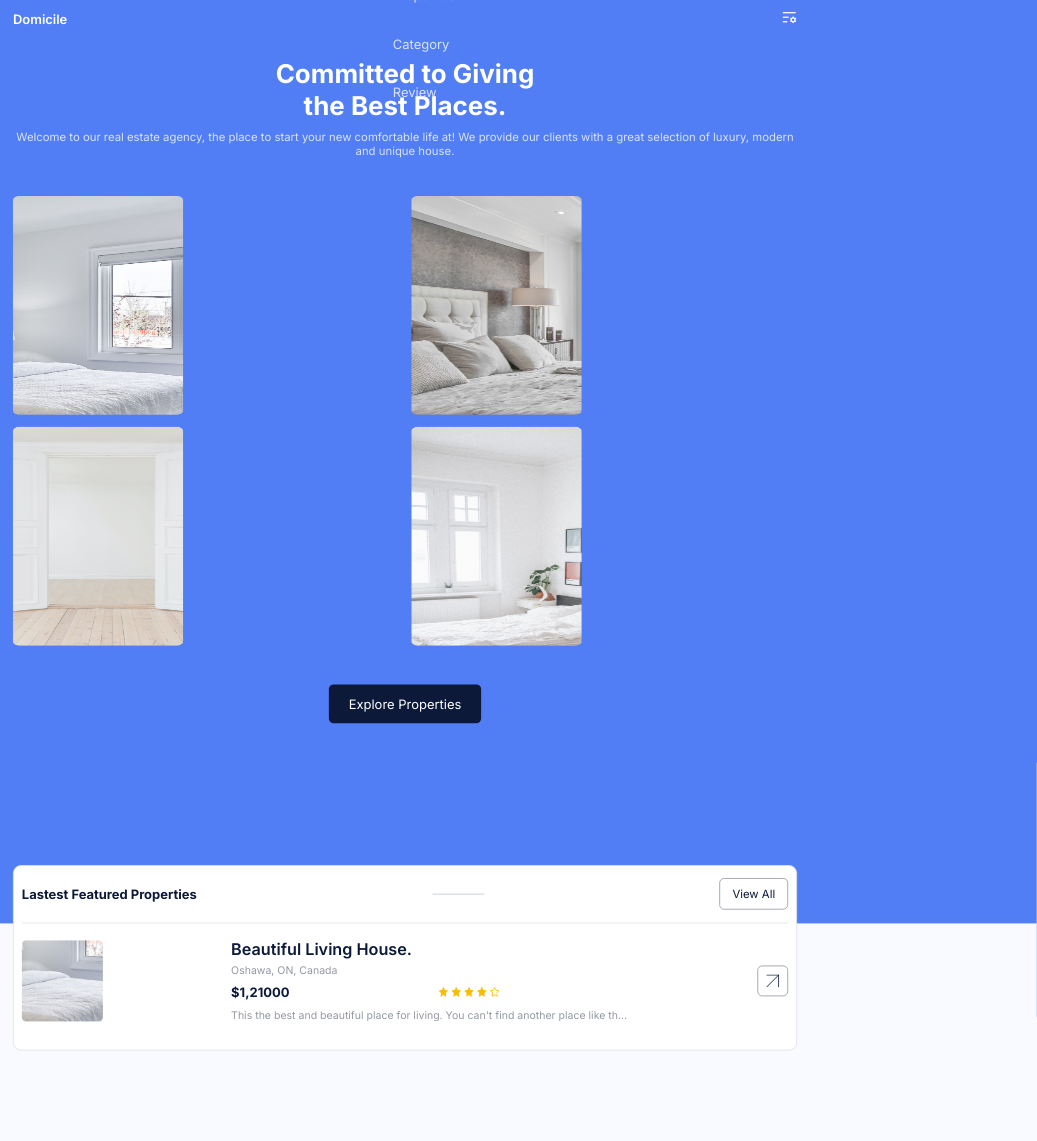
Repository: haokiet2501/domicile-real-estate
Page: index.html
These files come from the project's save history. The page is drawn as it stood at one moment and after the next save; the edit follows.
The browser window is 1280 px wide. The pictures show the whole page, at 81% of full size.
The style sheet was rebuilt from its Sass, Less or Tailwind sources for each picture, by a compiler version that may differ from the author's.

Above is the page before, as saved 2022-06-11 16:40:55.

### index.html
<!DOCTYPE html>
<html lang="en">
<head>
    <meta charset="UTF-8">
    <meta http-equiv="X-UA-Compatible" content="IE=edge">
    <meta name="viewport" content="width=device-width, initial-scale=1.0">
    <link href="https://cdn.jsdelivr.net/npm/remixicon@2.5.0/fonts/remixicon.css" rel="stylesheet">
    <link rel="stylesheet" href="sass/css/styles.css">
    <title>Real Estate Website - Domicile</title>
</head>
<body>
    <header class="header" id="header">
        <nav class="nav container">
            <a href="#" class="nav__logo">Domicile</a>

            <div class="nav__menu" id="nav-menu">
                <ul class="nav__list">
                    <li class="nav__item">
                        <a href="#" class="nav__link active-link">Home</a>
                    </li>
                    <li class="nav__item">
                        <a href="#" class="nav__link">Properties</a>
                    </li>
                    <li class="nav__item">
                        <a href="#" class="nav__link">Category</a>
                    </li>
                    <li class="nav__item">
                        <a href="#" class="nav__link">Review</a>
                    </li>
                </ul>

                <i class="ri-close-line nav__close" id="nav-close"></i>
            </div>

            <div class="nav__toggle" id="nav-toggle">
                <i class="ri-list-settings-line"></i>
            </div>
        </nav>
    </header>

    <main class="main">
        <section class="home section" id="home">
            <div class="home__container container grid">
                <div class="home__data">
                    <h1 class="home__data-subtitle">
                        Committed to Giving<br>the Best Places.
                    </h1>
                    <p class="home__data-title">
                        Welcome to our real estate agency, the place to start your new comfortable life at! We provide our clients with a great selection of luxury, modern and unique house.
                    </p>
                </div>

                <div class="home__images">
                    <img src="imgs/hero-one.png" alt="">
                    <img src="imgs/hero-two.png" alt="">
                    <img src="imgs/hero-three.png" alt="">
                    <img src="imgs/hero-four.png" alt="">
                </div>

                <div class="home__button">
                    <a href="#" class="button">Explore Properties</a>
                </div>
            </div>
        </section>

        <section class="futured" id="futured">
            <div class="futured__container container">
                <div class="futured__properties">
                    <div class="futured__properties-content">
                        Lastest Featured Properties
                    </div>
                    <div class="futured__properties-line"></div>
                    <div class="futured__properties-button">View All</div>
                </div>

                <div class="futured__card">
                    <img class="futured__card-img" src="imgs/future.png" alt="">
                    <div class="futured__card-layouts">
                        <div class="futured__card-text">
                            <h3>Beautiful Living House.</h3>
                            <p>Oshawa, ON, Canada</p>
                        </div>
                        <div class="futured__card-price">
                            <p>$1,21000</p>
                            <img class="futured__card-price-vector" src="imgs/rating.png" alt="">
                        </div>

                        <div class="futured__card-subtext">
                            <p>
                                This the best and beautiful place for living. You can't find another place like this.<br/> The place to start your new good comfortable life at! We provide...
                            </p>
                        </div>
                    </div>
                    <div class="futured__card-btnfutured">
                        <svg width="16" height="16" viewBox="0 0 22 22" fill="none" xmlns="http://www.w3.org/2000/svg">
                            <path d="M1 21L21 1M21 1H1M21 1V21" stroke="#0C1938" stroke-width="1.5" stroke-linecap="round" stroke-linejoin="round"/>
                        </svg>
                    </div>
                </div>
            </div>
        </section>
    </main>
    <script src="app.js"></script>
</body>
</html>

### app.js
// Show Menu
const navMenu = document.getElementById('nav-menu'),
    navToggle = document.getElementById('nav-toggle'),
    navClose = document.getElementById('nav-close');

if (navToggle) {
    navToggle.addEventListener('click', () => {
        navMenu.classList.add('show-menu');
    });
}

if(navClose) {
    navClose.addEventListener('click', () => {
        navMenu.classList.remove('show-menu');
    })
}

### sass/styles.scss
@import './base/base';
@import './main/main';

### sass/base/_base.scss
@import url('https://fonts.googleapis.com/css2?family=Inter:wght@400;500;600;700;800;900&display=swap');

* {
    margin: 0;
    padding: 0;
    box-sizing: border-box;
}

html {
    scroll-behavior: smooth;
}

body {
    font-family: 'Inter', sans-serif;
    font-style: normal;
    background: var(--color-main);
}

ul {
    list-style: none;
}

a {
    text-decoration: none;
}

img {
    max-width: 100%;
    height: auto;
}

button, input {
    border: none;
    outline: none;
}

:root {
    --header-height: 3rem;

    --color-main: #F8FAFF;
    --color-bg-header: #517EF5;
    --white-color: #FFFFFF;
    --color-nav: #D8E2FA;
    --color-footer: #0E1935;
    --color-btn: #0C1938;
    --color-title: #9398A4;

    --biggest-font-size: 2.5rem;
    --medium-font-size: 2rem;
    --h1-font-size: 1.5rem;
    --h2-font-size: 1.25rem;
    --h3-font-size: 1rem;
    --normal-font-size: 0.938rem;
    --small-font-size: 0.813rem;
    --smaller-font-size: 0.75rem;

    --font-smaller: 400;
    --font-medium: 500;
    --font-semi-bold: 600;
    --font-semi-big: 700;

     /* Margin Bottom */
    --mb-0-25: 0.25rem;
    --mb-0-5: 0.5rem;
    --mb-0-75: 0.75rem;
    --mb-1: 1rem;
    --mb-1-25: 1.25rem;
    --mb-1-5: 1.5rem;
    --mb-2: 2rem;
    --mb-2-5: 2.5rem;

    --scale-hover: scale(.98);
}

@media screen and (min-width: 968px) {
    :root {
        --biggest-font-size: 4rem;
        --h1-font-size: 2.25rem;
        --h2-font-size: 1.75rem;
        --h3-font-size: 1.25rem;
        --normal-font-size: 1rem;
        --small-font-size: 0.875rem;
        --smaller-font-size: 0.813rem;
    }
}

### sass/main/_main.scss
.header {
    width: 100%;
    position: fixed;
    top: 0;
    left: 0;
    z-index: 100;
    background-color: var(--color-bg-header);
}

.main {
    overflow-x: hidden;
}

.container {
    max-width: 968px;
    margin-left: var(--mb-1);
    margin-right: var(--mb-1);
}

.grid {
    display: grid;
    gap: 1.5rem;
}

.section {
    padding: 4.5rem 0 2.5rem;
}

// NAV
.nav {
    display: flex;
    justify-content: space-between;
    align-items: center;
    height: var(--header-height);

    &__logo,
    &__toggle{
        color: var(--white-color);
    }

    &__logo {
        font-weight: var(--font-semi-bold);
    }

    &__toggle{
        font-size: 1.2rem;
        cursor: pointer;
    }

    &__menu {
        position: relative;

        @media screen and (max-width: 767px){
            position: fixed;
            background-color: var(--color-footer);
            top: 0;
            right: -100%;
            width: 70%;
            height: 100%;
            box-shadow: -1px 0 4px rgba(0, 0, 0, .15);
            padding: 3rem;
            transition: .4s;
        }
    }

    &__list {
        display: flex;
        flex-direction: column;
        row-gap: 2.5rem;
    }

    &__link {
        font-weight: var(--font-smaller);
        color: var(--color-nav);

        &:hover {
            color: var(--white-color);
            transform: var(--scale-hover);
        }
    }

    &__close {
        position: absolute;
        top: .75rem;
        right: 1rem;
        font-size: 1.5rem;
        color: var(--white-color);
        cursor: pointer;
    }
}

// Show menu
.show-menu {
    right: 0;
}

.home {
    background-color: var(--color-bg-header);
    height: calc(165vh - var(--header-height));
    &__container {
        row-gap: 3rem;
    }

    &__data {
        text-align: center;

        &-subtitle {
            color: var(--white-color);
            font-size: var(--medium-font-size);
            font-weight: var(--font-semi-big);
            margin-bottom: 10px;
        }
        &-title {
            color: var(--color-nav);
            font-weight: var(--font-smaller);
            font-size: var(--small-font-size);
        }
    }

    &__images {
        display: grid;
        gap: 15px;
        grid-template-columns: repeat(2, 1fr);

        img {
            width: 210px;
            height: 270px;
            transition: .3s ease-out;

            &:hover {
                transform: var(--scale-hover);
                transition: .3s ease-out;
            }
        }
    }

    &__button {
        display: flex;
        justify-content: center;
        align-items: center;

        .button {
            padding: 14px 24px;
            background-color: var(--color-btn);
            color: var(--white-color);
            border-radius: 6px;
            font-size: var(--normal-font-size);
            transition: .3s ease-out;

            &:hover {
                transform: var(--scale-hover);
                transition: .3s ease-out;
            }
        }
    }
}

.futured {
    position: relative;
    transform: translateY(-4.5rem);
    padding-bottom: 2.5rem;

    &__container {
        background-color: var(--white-color);
        border: 1px solid #DDE1EA;
        border-radius: 10px;
        padding: 15px 10px;
    }

    &__properties {
        display: flex;
        justify-content: space-between;
        align-items: center;
        border-bottom: 1px solid #DDE1EA;
        padding-bottom: 1rem;

        &-content {
            font-weight: var(--font-semi-big);
            color: var(--color-btn);

        }

        &-line {
            width: calc(var(--header-height) + 1rem);
            height: 1px;
            border: 1px solid #DDE1EA;
        }

        &-button {
            border: 1px solid #9398A4;
            padding: 10px 15px;
            border-radius: 6px;
            color: var(--color-btn);
            font-weight: var(--font-smaller);
            font-size: var(--small-font-size);
            transition: .3s ease-out;

            &:hover {
                transform: var(--scale-hover);
                transition: .3s ease-out;
            }
        }
    }

    &__card {
        display: flex;
        justify-content: space-between;
        align-items: center;
        margin: 10px 0;

        &-img {
            width: 100px;
            height: 100px;
        }

        &-layouts {
            padding: 10px;
        }

        &-text {
            h3 {
                font-weight: var(--font-semi-bold);
                color: var(--color-btn);
                font-size: var(--h3-font-size);
                margin-bottom: 5px;
            }

            p {
                font-weight: var(--font-smaller);
                color: var(--color-title);
                font-size: var(--smaller-font-size);
                margin-bottom: 10px;
            }
        }

        &-price {
            display: flex;
            justify-content: space-between;
            align-items: center;
            margin-bottom: 10px;

            p {
                font-weight: var(--font-semi-big);
                font-size: var(--normal-font-size);
                color: var(--color-btn);
            }

            &-vector {
                position: relative;
                width: 76px;
                height: 14px;
                left: -10rem;
            }
        }

        &-subtext {
            p {
                color: var(--color-title);
                font-size: var(--smaller-font-size);
                font-weight: var(--font-smaller);
                display: -webkit-box;
                -webkit-line-clamp: 1;
                -webkit-box-orient: vertical;
                overflow: hidden;
                text-overflow: ellipsis;
            }
        }

        &-btnfutured {
            display: flex;
            justify-content: center;
            align-items: center;
            border: 1px solid #9398A4;
            padding: 10px;
            border-radius: 6px;
        }
    }
}

After the next save:
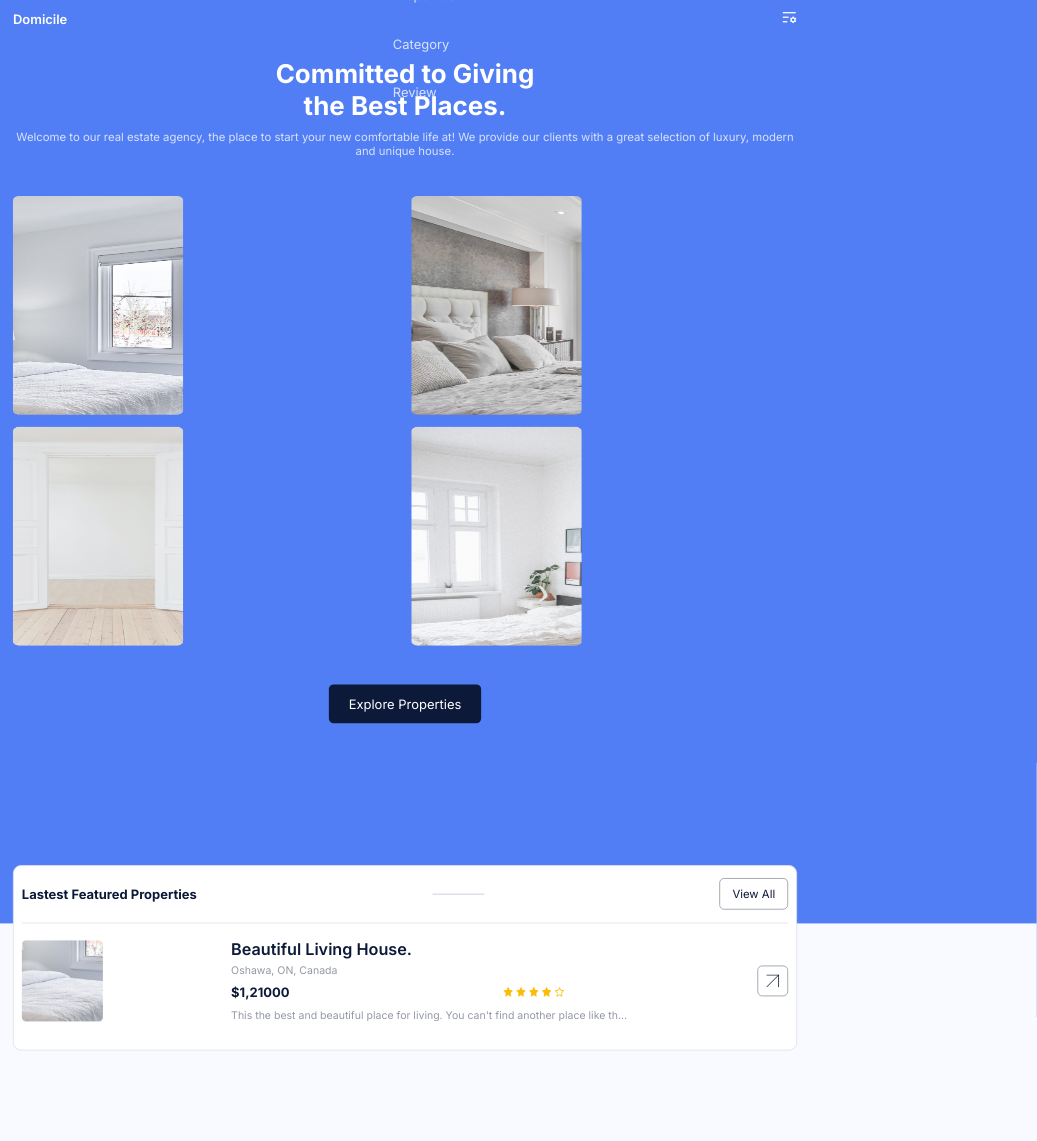
Saved 5 s later.
--- a/sass/main/_main.scss
+++ b/sass/main/_main.scss
@@ -249,7 +249,7 @@
                 position: relative;
                 width: 76px;
                 height: 14px;
-                left: -10rem;
+                left: -5rem;
             }
         }
 
